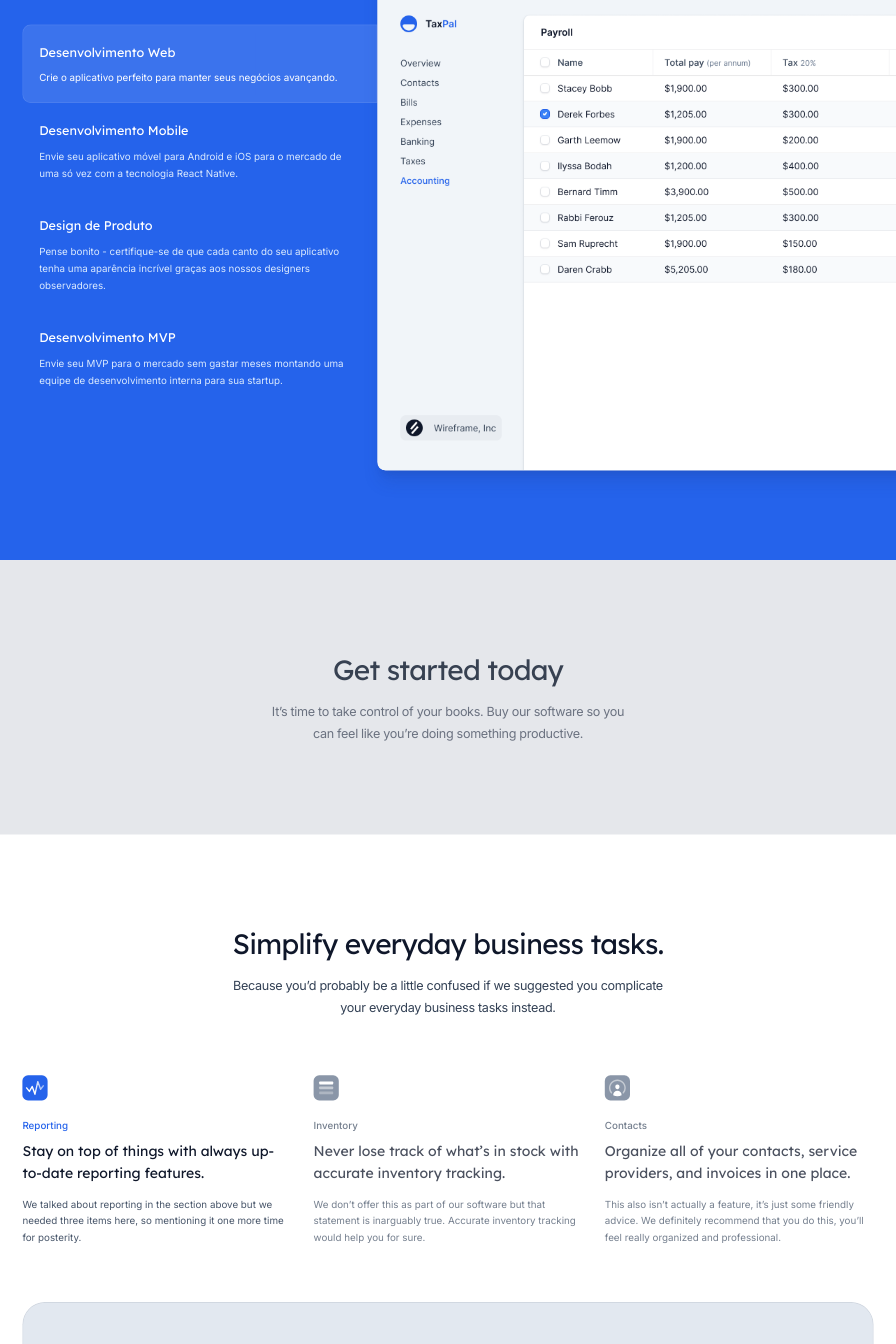
Repository: LuisSempre/imaginative
Page: /
An editor plug-in stored every save of this project. The page is shown before and after the next save, followed by the edit.
The browser window is 1280 px wide. The pictures show the part of the page from y = 2263 to 4183 px (the page is 10310 px tall), at 70% of full size.
The project was rebuilt for these pictures with package versions that can differ from the ones it lists, and the page was loaded fresh each time. The framework's server and built-in components were replaced by stand-ins that run in the browser. Also part of the build but not shown: next.config.js.

Above is the page before, as saved 2022-07-15 10:50:25.

After the next save:
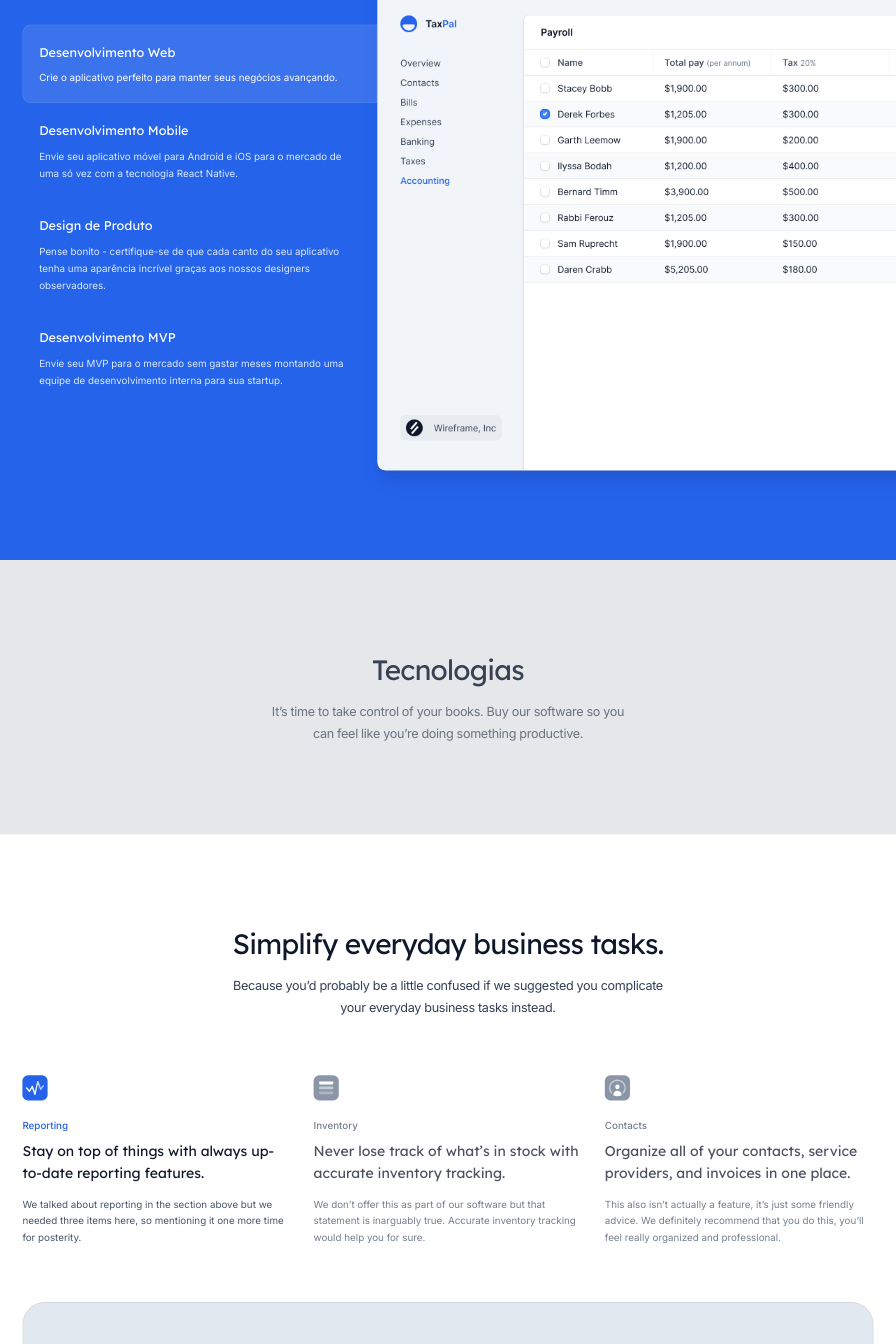
Saved 15 s later.
--- a/src/components/Tecnology.jsx
+++ b/src/components/Tecnology.jsx
@@ -9,7 +9,7 @@
       <Container className="relative">
         <div className="max-w-lg mx-auto text-center">
           <h2 className="text-3xl tracking-tight text-gray-700 font-display sm:text-4xl">
-            Get started today
+            Tecnologias
           </h2>
           <p className="mt-4 text-lg tracking-tight text-gray-500">
             It’s time to take control of your books. Buy our software so you can
